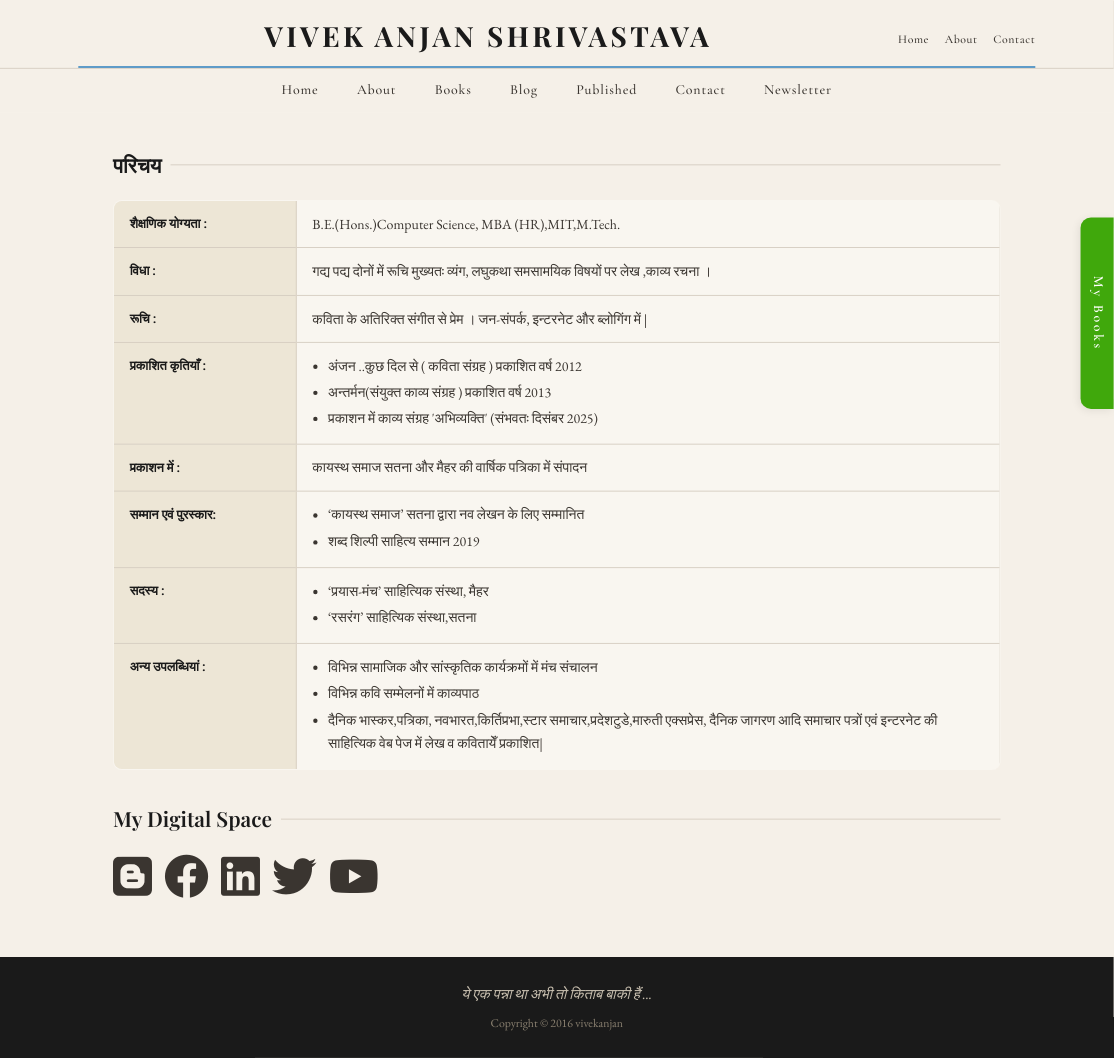
Repository: cforcoder21/vivekanjan.com
Page: frontend/html/aboutme.html
These files come from the project's save history. The page is drawn as it stood at one moment and after the next save; the edit follows.
The browser window is 1280 px wide. The pictures show the whole page, at 87% of full size.
Some web fonts or font styles are not loaded; a fallback is used.

Above is the page before, as saved 2026-03-13 01:47:17.

After the next save:
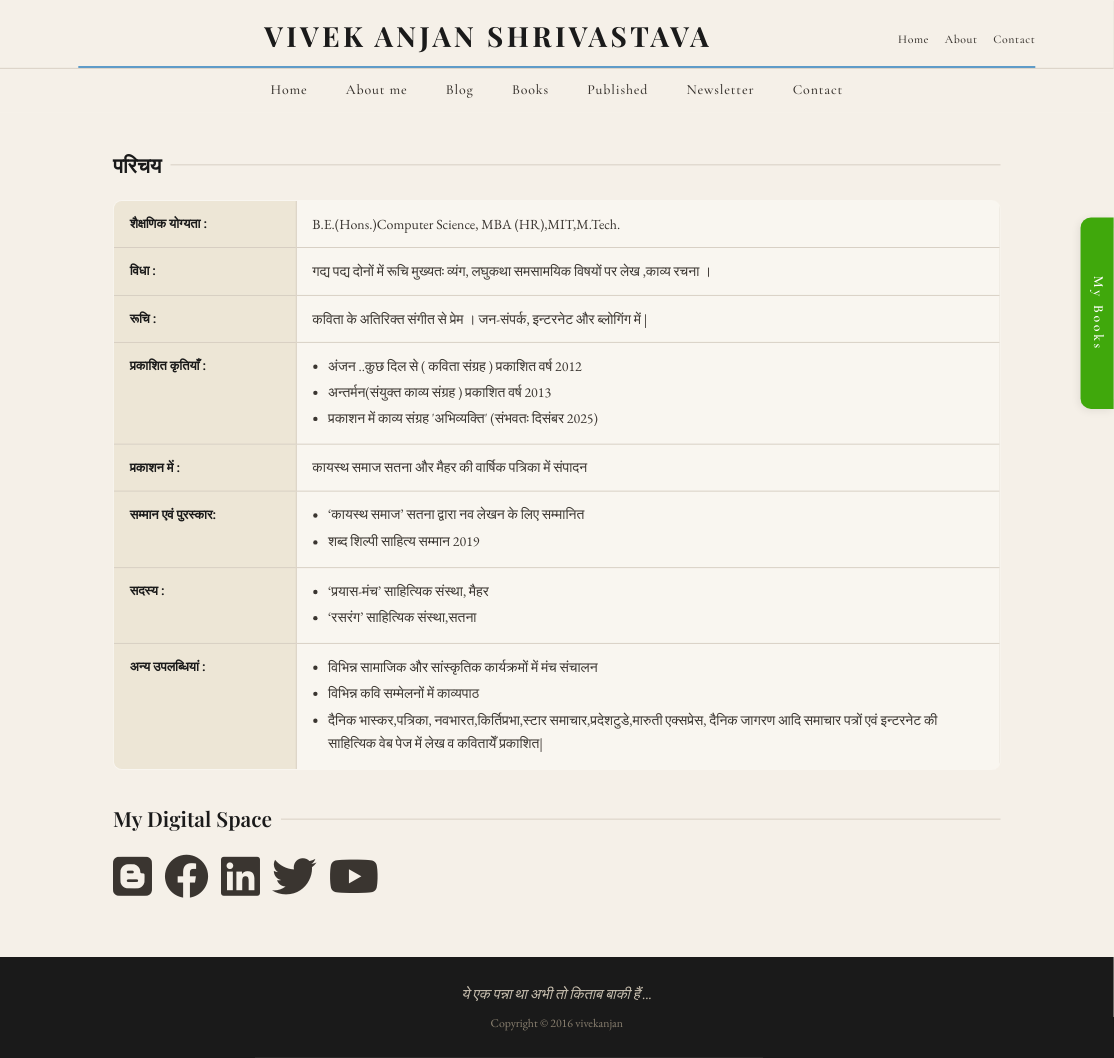
Saved 68 s later.
--- a/frontend/html/aboutme.html
+++ b/frontend/html/aboutme.html
@@ -32,14 +32,14 @@
 
 <nav id="black_nav_bar_wrapper">
     <div id="black_nav_bar">
-        <ul id="black_menu">
+                <ul id="black_menu">
             <li><a href="index.html">Home</a></li>
-            <li><a href="aboutme.html">About</a></li>
+            <li><a href="aboutme.html">About me</a></li>
+            <li><a href="http://www.vivekanjan.blogspot.in/" target="_blank" title="Blogspot">Blog</a></li>
             <li><a href="books.html">Books</a></li>
-            <li><a href="http://www.vivekanjan.blogspot.in/" target="_blank" title="Blogspot">Blog</a></li>
             <li><a href="published.html">Published</a></li>
+            <li><a href="index.html#newsletter">Newsletter</a></li>
             <li><a href="contact.html">Contact</a></li>
-            <li class="nav-item"><a class="nav-link" href="index.html#newsletter">Newsletter</a></li>
         </ul>
     </div>
 </nav>
